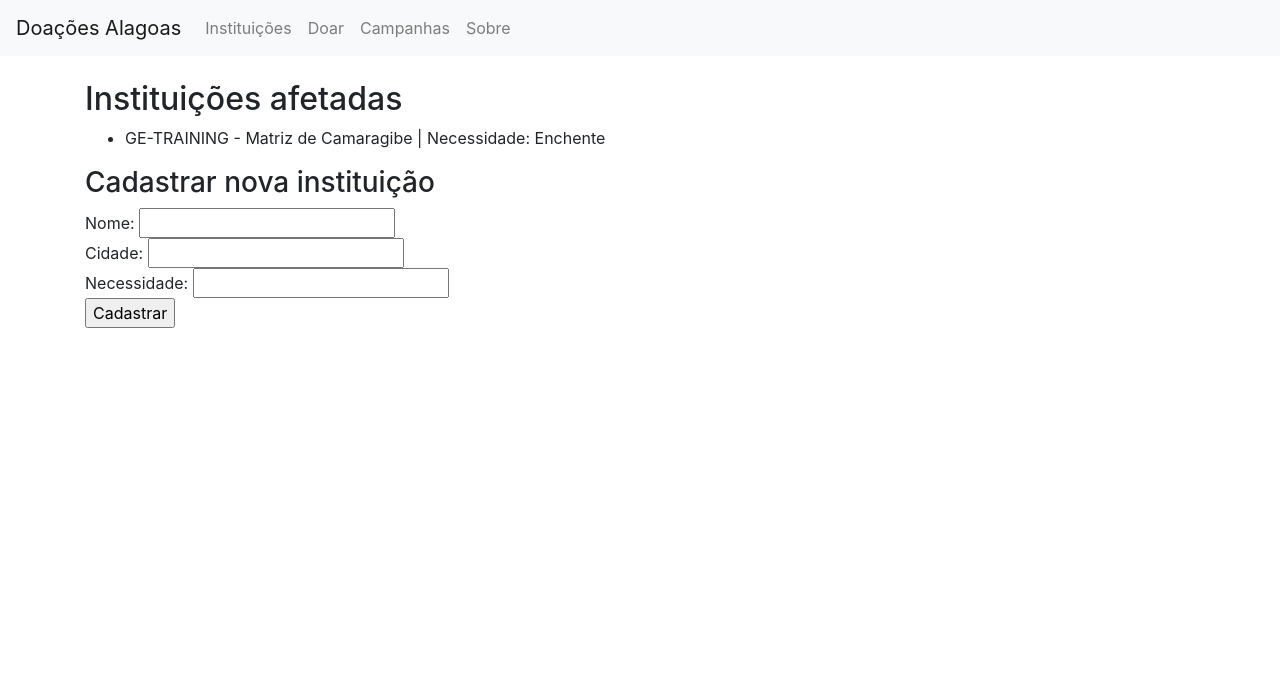
Repository: rafaelcrb/mvp-doacoes-alagoas
Page: http://localhost/instituicoes
The author's editor kept a copy of each file at every save. The page is drawn from the files as they stood at one save, then again after the next save.
The browser window is 1280 px wide. The pictures show the whole page.
The page is served by the project's application, run on Flask 3 (app.py). The page reads the database file committed with the project.

Above is the page before, as saved 2025-05-25 11:26:33.

### templates/instituicoes.html
{% extends 'base.html' %}
{% block content %}
<h2>Instituições afetadas</h2>
<ul>
  {% for i in instituicoes %}
  <li>{{ i[1] }} - {{ i[2] }} | Necessidade: {{ i[3] }}</li>
  {% endfor %}
</ul>

<h3>Cadastrar nova instituição</h3>
<form method="POST">
  Nome: <input type="text" name="nome"><br>
  Cidade: <input type="text" name="cidade"><br>
  Necessidade: <input type="text" name="necessidade"><br>
  <input type="submit" value="Cadastrar">
</form>
{% endblock %}

### templates/base.html
<!DOCTYPE html>
<html lang="pt-BR">
<head>
    <meta charset="UTF-8">
    <title>MVP Doações Alagoas</title>
    <link rel="stylesheet" href="https://stackpath.bootstrapcdn.com/bootstrap/4.5.2/css/bootstrap.min.css">
</head>
<body>
<nav class="navbar navbar-expand-lg navbar-light bg-light">
  <a class="navbar-brand" href="/">Doações Alagoas</a>
  <div class="collapse navbar-collapse">
    <ul class="navbar-nav">
      <li class="nav-item"><a class="nav-link" href="/instituicoes">Instituições</a></li>
      <li class="nav-item"><a class="nav-link" href="/doar">Doar</a></li>
      <li class="nav-item"><a class="nav-link" href="/campanhas">Campanhas</a></li>
      <li class="nav-item"><a class="nav-link" href="/sobre">Sobre</a></li>
    </ul>
  </div>
</nav>
<div class="container mt-4">
    {% block content %}{% endblock %}
</div>
</body>
</html>

### app.py
from flask import Flask, render_template, request, redirect
import sqlite3

app = Flask(__name__)

# Banco de dados
def init_db():
    conn = sqlite3.connect('database.db')
    c = conn.cursor()
    c.execute('''CREATE TABLE IF NOT EXISTS instituicoes (
                    id INTEGER PRIMARY KEY,
                    nome TEXT,
                    cidade TEXT,
                    necessidade TEXT)''')
    c.execute('''CREATE TABLE IF NOT EXISTS doacoes (
                    id INTEGER PRIMARY KEY,
                    nome TEXT,
                    contato TEXT,
                    item TEXT)''')
    conn.commit()
    conn.close()

init_db()

@app.route('/')
def index():
    return render_template('index.html')

@app.route('/instituicoes', methods=['GET', 'POST'])
def instituicoes():
    conn = sqlite3.connect('database.db')
    c = conn.cursor()

    if request.method == 'POST':
        nome = request.form['nome']
        cidade = request.form['cidade']
        necessidade = request.form['necessidade']
        c.execute("INSERT INTO instituicoes (nome, cidade, necessidade) VALUES (?, ?, ?)",
                  (nome, cidade, necessidade))
        conn.commit()

    c.execute("SELECT * FROM instituicoes")
    instituicoes = c.fetchall()
    conn.close()
    return render_template('instituicoes.html', instituicoes=instituicoes)

@app.route('/doar', methods=['GET', 'POST'])
def doar():
    if request.method == 'POST':
        nome = request.form['nome']
        contato = request.form['contato']
        item = request.form['item']
        conn = sqlite3.connect('database.db')
        c = conn.cursor()
        c.execute("INSERT INTO doacoes (nome, contato, item) VALUES (?, ?, ?)",
                  (nome, contato, item))
        conn.commit()
        conn.close()
        return redirect('/')

    return render_template('doar.html')

@app.route('/campanhas')
def campanhas():
    campanhas = [
        {'nome': 'Campanha Alagoas Solidária', 'descricao': 'Ajude as vítimas das enchentes.'},
        {'nome': 'Doação de água e mantimentos', 'descricao': 'Itens mais necessários: água, alimentos não perecíveis, roupas.'}
    ]
    return render_template('campanhas.html', campanhas=campanhas)

@app.route('/sobre')
def sobre():
    return render_template('sobre.html')

if __name__ == '__main__':
    app.run(debug=True)

### database.db (the tables this page reads, as SQL)
CREATE TABLE instituicoes (
                    id INTEGER PRIMARY KEY,
                    nome TEXT,
                    cidade TEXT,
                    necessidade TEXT);
INSERT INTO "instituicoes" VALUES
(1, 'GE-TRAINING', 'Matriz de Camaragibe', 'Enchente');

After the next save:
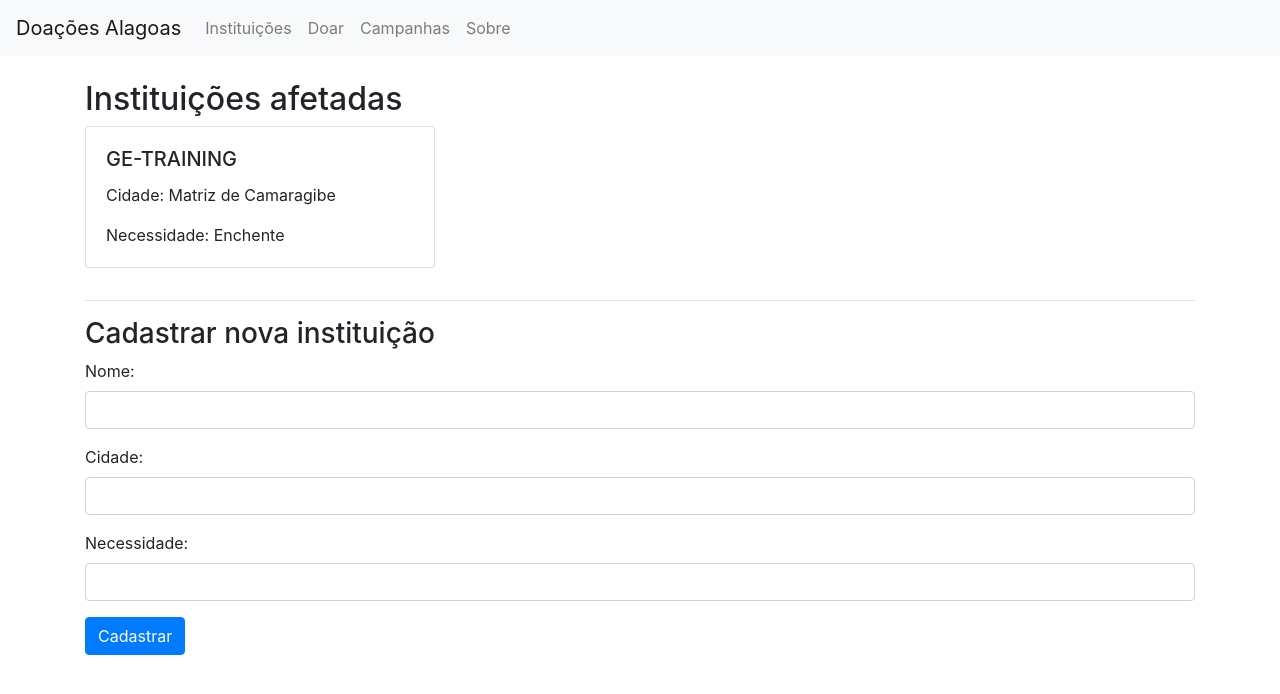
Saved 5 min 40 s later.
--- a/templates/instituicoes.html
+++ b/templates/instituicoes.html
@@ -1,17 +1,38 @@
 {% extends 'base.html' %}
+
 {% block content %}
 <h2>Instituições afetadas</h2>
-<ul>
+
+<div class="row">
   {% for i in instituicoes %}
-  <li>{{ i[1] }} - {{ i[2] }} | Necessidade: {{ i[3] }}</li>
+  <div class="col-md-4">
+    <div class="card mb-3">
+      <div class="card-body">
+        <h5 class="card-title">{{ i[1] }}</h5>
+        <p class="card-text">Cidade: {{ i[2] }}</p>
+        <p class="card-text">Necessidade: {{ i[3] }}</p>
+      </div>
+    </div>
+  </div>
   {% endfor %}
-</ul>
+</div>
+
+<hr>
 
 <h3>Cadastrar nova instituição</h3>
 <form method="POST">
-  Nome: <input type="text" name="nome"><br>
-  Cidade: <input type="text" name="cidade"><br>
-  Necessidade: <input type="text" name="necessidade"><br>
-  <input type="submit" value="Cadastrar">
+  <div class="form-group">
+    <label>Nome:</label>
+    <input class="form-control" type="text" name="nome" required>
+  </div>
+  <div class="form-group">
+    <label>Cidade:</label>
+    <input class="form-control" type="text" name="cidade" required>
+  </div>
+  <div class="form-group">
+    <label>Necessidade:</label>
+    <input class="form-control" type="text" name="necessidade" required>
+  </div>
+  <button class="btn btn-primary" type="submit">Cadastrar</button>
 </form>
 {% endblock %}
